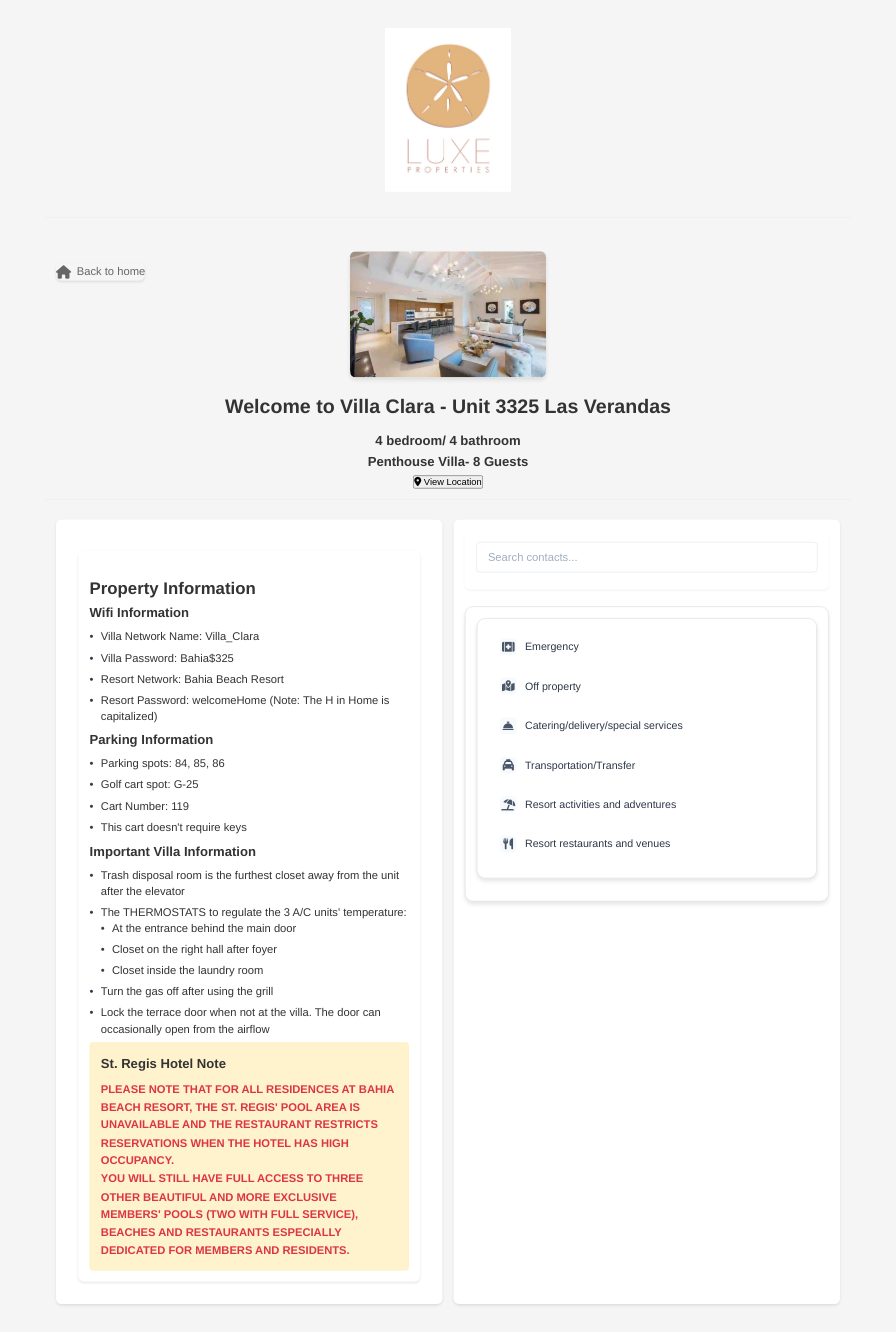
Repository: chvg1968/luxephonebook
Page: public/pages/villaclara.html
The author's editor kept a copy of each file at every save. The page is drawn from the files as they stood at one save, then again after the next save.
The browser window is 1280 px wide. The pictures show the whole page, at 70% of full size.

Above is the page before, as saved 2025-01-25 22:56:43.
Console error: TypeError: this.updateResults is not a function

### public/pages/villaclara.html
<!DOCTYPE html>
<html lang="en">
<head>
    <meta charset="UTF-8">
    <meta name="viewport" content="width=device-width, initial-scale=1.0">
    <title>Luxe Properties - Villa Clara</title>
    <link rel="stylesheet" href="/public/assets/styles/main.css">
    <link rel="stylesheet" href="/public/assets/styles/components/accordion.css">
    <link rel="stylesheet" href="/public/assets/styles/components/category-tree.css">
    <link rel="stylesheet" href="/public/assets/styles/components/card.css">
    <link rel="stylesheet" href="/public/assets/styles/components/modal.css">
    <link rel="stylesheet" href="/public/assets/styles/components/search.css">
    <link rel="stylesheet" href="https://cdnjs.cloudflare.com/ajax/libs/font-awesome/6.0.0/css/all.min.css">
</head>
<body>
    <div class="container">
        <header class="main-header">
            <div class="logo-container">
                <img src="/public/assets/images/logo.png" alt="Luxe Properties Logo" class="logo">
            </div>
        </header>

        <main>
            <div class="property-welcome">
                <img src="/public/assets/images/properties/villaclara/Villa Clara.jpg" alt="Villa Clara" class="property-image">
                <h1 id="propertyTitle">Welcome to Villa Clara - Unit 3325 Las Verandas</h1>
                <h3>4 bedroom/ 4 bathroom </h3>
                <h3>Penthouse Villa- 8 Guests</h3>
                <div class="property-actions">
                    <a href="/index.html" class="back-to-home">
                        <i class="fas fa-home"></i>
                        <span>Back to home</span>
                    </a>
                    <button class="view-map-btn" onclick="openMapModal()">
                        <i class="fas fa-map-marker-alt"></i>
                        <span>View Location</span>
                    </button>
                </div>
            </div>

            <!-- Modal para el mapa -->
            <div id="mapModal" class="modal">
                <div class="modal-content">
                    <span class="close" onclick="closeMapModal()">&times;</span>
                    <h2>Villa Clara Location</h2>
                    <div class="map-container">
                        <div class="map-wrapper">
                            <img src="/public/assets/images/map.jpg"
                                 alt="Villa Clara Location Map"
                                 class="map-image"
                                 id="mapImage">
                        </div>
                        <div class="map-controls">
                            <button title="Zoom in" onclick="zoomMap(1.2)" class="zoom-btn">
                                <i class="fas fa-search-plus"></i>
                            </button>
                            <button title="Zoom out" onclick="zoomMap(0.8)" class="zoom-btn">
                                <i class="fas fa-search-minus"></i>
                            </button>
                            <button title="Reset zoom" onclick="resetMap()" class="zoom-btn">
                                <i class="fas fa-undo"></i>
                            </button>
                        </div>
                    </div>
                </div>
            </div>

            <div class="two-column-layout">
                <!-- Columna de información de la propiedad -->
                <div class="property-column">
                    <div class="property-hero">
                        <div class="property-info">
                            <div class="info-section">
                                <h2>Property Information</h2>
                                <div class="info-group">
                                    <h3>Wifi Information</h3>
                                    <ul class="info-list">
                                        <li>Villa Network Name: Villa_Clara</li>
                                        <li>Villa Password: Bahia$325</li>
                                        <li>Resort Network: Bahia Beach Resort</li>
                                        <li>Resort Password: welcomeHome (Note: The H in Home is capitalized)</li>
                                    </ul>
                                </div>

                                <div class="info-group">
                                    <h3>Parking Information</h3>
                                    <ul class="info-list">
                                        <li>Parking spots: 84, 85, 86</li>
                                        <li>Golf cart spot: G-25</li>
                                        <li>Cart Number: 119</li>
                                        <li>This cart doesn't require keys</li>
                                    </ul>
                                </div>

                                <div class="info-group">
                                    <h3>Important Villa Information</h3>
                                    <ul class="info-list">
                                        <li>Trash disposal room is the furthest closet away from the unit after the elevator</li>
                                        <li>The THERMOSTATS to regulate the 3 A/C units' temperature:
                                            <ul>
                                                <li>At the entrance behind the main door</li>
                                                <li>Closet on the right hall after foyer</li>
                                                <li>Closet inside the laundry room</li>
                                            </ul>
                                        </li>
                                        <li>Turn the gas off after using the grill</li>
                                        <li>Lock the terrace door when not at the villa. The door can occasionally open from the airflow</li>
                                    </ul>
                                </div>

                                <div class="info-group warning">
                                    <h3>St. Regis Hotel Note</h3>
                                    <p>PLEASE NOTE THAT FOR ALL RESIDENCES AT BAHIA BEACH RESORT, THE ST. REGIS' POOL AREA IS UNAVAILABLE AND THE RESTAURANT RESTRICTS RESERVATIONS WHEN THE HOTEL HAS HIGH OCCUPANCY.</p>
                                    <p>YOU WILL STILL HAVE FULL ACCESS TO THREE OTHER BEAUTIFUL AND MORE EXCLUSIVE MEMBERS' POOLS (TWO WITH FULL SERVICE), BEACHES AND RESTAURANTS ESPECIALLY DEDICATED FOR MEMBERS AND RESIDENTS.</p>
                                </div>
                            </div>
                        </div>
                    </div>
                </div>

                <!-- Columna de búsqueda y categorías -->
                <div class="search-column">
                    <div class="search-container">
                        <input type="text" id="searchInput" class="search-input" placeholder="Search contacts...">
                        <div id="stats" class="search-stats"></div>
                    </div>

                    <!-- Árbol de categorías -->
                    <div id="categoryTree" class="category-tree"></div>

                    <div id="resultsContainer" class="results"></div>
                </div>
            </div>
        </main>
    </div>

    <script type="module" src="/public/js/property.js"></script>
</body>
</html>

### public/assets/styles/components/modal.css
.modal {
    display: none;
    position: fixed;
    z-index: 1000;
    left: 0;
    top: 0;
    width: 100%;
    height: 100%;
    background-color: rgba(0,0,0,0.5);
    /* Centrado con flexbox */
    justify-content: center;
    align-items: center;
}

.modal-content {
    background-color: #fefefe;
    padding: 2rem;
    border: 1px solid #888;
    width: 90%;
    max-width: 600px;
    border-radius: 8px;
    max-height: 80vh;
    overflow-y: auto;
    /* Quitar margin y usar flexbox del padre */
    margin: 0;
    position: relative;
    /* Sombra suave */
    box-shadow: 0 4px 6px rgba(0, 0, 0, 0.1);
}

.close {
    position: absolute;
    right: 1rem;
    top: 1rem;
    color: #aaa;
    font-size: 28px;
    font-weight: bold;
    cursor: pointer;
    line-height: 1;
}

.close:hover {
    color: #000;
}

.info-section {
    margin: 20px 0;
}

.warning {
    background-color: #fff3cd;
    border: 1px solid #ffeeba;
    padding: 15px;
    border-radius: 4px;
}

.warning-text {
    color: #856404;
    font-weight: bold;
    margin-top: 10px;
}

/* Asegurar que la modal se muestre correctamente */
.modal.show {
    display: flex;
}

### public/assets/styles/components/search.css
/* Search Section Styles */
.search-section {
    background-color: var(--secondary-color);
    padding: var(--spacing-lg);
    border-radius: var(--border-radius);
    margin-bottom: var(--spacing-lg);
    box-shadow: var(--card-shadow);
}

.search-box {
    display: flex;
    gap: var(--spacing-md);
    margin-bottom: var(--spacing-md);
}

.search-input {
    flex: 1;
    padding: 1rem 1.5rem;
    border: 2px solid #e2e8f0;
    border-radius: var(--border-radius);
    font-size: 1rem;
    transition: border-color 0.3s ease;
}

.search-input:focus {
    outline: none;
    border-color: var(--primary-color);
    box-shadow: 0 0 0 3px rgba(26, 95, 122, 0.1);
}

.search-input::placeholder {
    color: #94a3b8;
}

.category-select {
    min-width: 200px;
    padding: 1rem 1.5rem;
    border: 2px solid #e2e8f0;
    border-radius: var(--border-radius);
    font-size: 1rem;
    background-color: white;
    cursor: pointer;
    appearance: none;
    background-image: url("data:[embedded picture, 228 characters]");
    background-repeat: no-repeat;
    background-position: right 1rem center;
    background-size: 1.5em;
    padding-right: 2.5rem;
}

.category-select:focus {
    outline: none;
    border-color: var(--primary-color);
    box-shadow: 0 0 0 3px rgba(26, 95, 122, 0.1);
}

.stats {
    color: #64748b;
    font-size: 0.875rem;
    text-align: right;
    margin-top: 0.5rem;
}

.search-container {
    margin-bottom: 1.5rem;
    padding: 1rem;
    background: #fff;
    border-radius: 8px;
    box-shadow: 0 2px 4px rgba(0, 0, 0, 0.05);
}

.search-input {
    width: 100%;
    padding: 0.75rem 1rem;
    font-size: 1rem;
    border: 1px solid #e2e8f0;
    border-radius: 6px;
    background-color: #fff;
    transition: all 0.2s ease;
}

.search-input:focus {
    outline: none;
    border-color: #4299e1;
    box-shadow: 0 0 0 3px rgba(66, 153, 225, 0.15);
}

.search-input::placeholder {
    color: #a0aec0;
}

.search-stats {
    margin-top: 0.5rem;
    font-size: 0.875rem;
    color: #718096;
}

/* Responsive Design */
@media (max-width: 768px) {
    .search-box {
        flex-direction: column;
    }

    .search-input,
    .category-select {
        width: 100%;
    }
}

### public/js/components/CategoryTree.js
export class CategoryTree {
    constructor(containerId) {
        this.container = document.getElementById(containerId);
        this.selectedCategory = null;
        this.activeSection = null;
        this.selectCallback = null;

        // Mapeo de iconos para cada categoría y sección
        this.icons = {
            // Secciones principales
            "Emergency": "fa-kit-medical",
            "Resort restaurants and venues": "fa-utensils",
            "Resort activities and adventures": "fa-umbrella-beach",
            "Transportation/Transfer": "fa-taxi",
            "Catering/delivery/special services": "fa-concierge-bell",
            "Off property": "fa-map-location-dot",

            // Categorías
            "Hotel": "fa-hotel",
            "Spa": "fa-spa",
            "Wellness center": "fa-heart-pulse",
            "Bar": "fa-martini-glass",
            "Resort Restaurant": "fa-utensils",
            "Off Property Restaurant": "fa-store",
            "Scuba Diving Tours": "fa-water",
            "Aqua Tours": "fa-ship",
            "Tours": "fa-map-marked-alt",
            "Activities Reservations": "fa-calendar-check",
            "Tennis Reservations": "fa-table-tennis",
            "Wellness Center": "fa-heart-pulse",
            "Concierge": "fa-bell-concierge",
            "Concierge Services": "fa-bell-concierge",
            "Transportation": "fa-taxi",
            "Nanny Services": "fa-baby",
            "Professional Photography": "fa-camera",
            "Personal Care and Fitness": "fa-hand-sparkles",
            "Kid's Club": "fa-children",
            "Personal Chefs": "fa-hat-chef",
            "Pre-Made Meals and Catering": "fa-plate-wheat",
            "Delivery Services and Personal Grocery Shopping": "fa-shopping-cart",
            "Butler Services": "fa-user-tie",
            "Shopping": "fa-shopping-bag",
            "Golf Cart": "fa-car"
        };
    }

    onSelect(callback) {
        this.selectCallback = callback;
    }

    clearSelection() {
        const selected = this.container.querySelectorAll('.selected');
        selected.forEach(el => el.classList.remove('selected'));
        this.selectedCategory = null;
        this.activeSection = null;
    }

    getIcon(category) {
        return this.icons[category] || 'fa-circle';
    }

    render() {
        const tree = document.createElement('div');
        tree.className = 'category-tree';

        // Estructura completa del árbol
        const sections = {
            "Emergency": {
                isSpecial: true,
                categories: []
            },
            "Off property": {
                isSpecial: false,
                categories: [
                    "Restaurant",
                    "Shopping"
                ]
            },
            "Catering/delivery/special services": {
                isSpecial: false,
                categories: [
                    "Nanny Services",
                    "Professional Photography",
                    "Personal Care and Fitness",
                    "Kid's Club",
                    "Personal Chefs and Catering",
                    "Butler Services",
                    "Concierge Services",
                    "Delivery Services"
                ]
            },
            "Transportation/Transfer": {
                isSpecial: false,
                categories: ["Transportation"]
            },
            "Resort activities and adventures": {
                isSpecial: false,
                categories: [
                    "Golf Cart",
                    "Scuba Diving Tours",
                    "Aqua Tours",
                    "Tours",
                    "Activities Reservations",
                    "Tennis Reservations",
                    "Wellness Center",
                    "Concierge"
                ]
            },
            "Resort restaurants and venues": {
                isSpecial: false,
                categories: [
                    "Restaurant",
                    "Bar",
                    "Hotel",
                    "Spa",
                    "Wellness Center"
                ]
            }
        };

        // Renderizar el árbol
        Object.entries(sections).forEach(([section, config]) => {
            const sectionEl = document.createElement('div');
            sectionEl.className = 'category-section';
            sectionEl.dataset.special = config.isSpecial;

            // Crear encabezado de sección
            const header = document.createElement('div');
            header.className = 'category-header';
            header.dataset.isSpecial = config.isSpecial;

            // Agregar icono de la sección
            const sectionIcon = document.createElement('i');
            sectionIcon.className = `fas ${this.getIcon(section)}`;
            header.appendChild(sectionIcon);

            const title = document.createElement('span');
            title.textContent = section;
            header.appendChild(title);

            sectionEl.appendChild(header);

            // Crear lista de categorías
            if (config.categories.length > 0) {
                const list = document.createElement('div');
                list.className = 'category-list collapsed';

                config.categories.forEach(category => {
                    const item = document.createElement('div');
                    item.className = 'category-item';

                    const icon = document.createElement('i');
                    icon.className = `fas ${this.getIcon(category)}`;
                    item.appendChild(icon);

                    const text = document.createElement('span');
                    text.textContent = category;
                    item.appendChild(text);

                    list.appendChild(item);
                });

                sectionEl.appendChild(list);
            }

            tree.appendChild(sectionEl);
        });

        this.container.appendChild(tree);
        this.setupEventListeners();
    }

    setupEventListeners() {
        // Event listeners para los encabezados
        const headers = this.container.querySelectorAll('.category-header');
        headers.forEach(header => {
            const section = header.parentElement;
            const isSpecial = header.dataset.isSpecial === 'true';

            header.addEventListener('click', () => {
                if (isSpecial) {
                    // Para Emergency
                    const sectionName = header.querySelector('span').textContent;

                    this.clearSelection();
                    header.classList.add('selected');

                    if (this.selectCallback) {
                        this.selectCallback({
                            category: sectionName,
                            section: sectionName
                        });
                    }
                    this.scrollToResults();
                } else {
                    // Para las demás secciones, toggle de la lista
                    // Cerrar otras secciones expandidas
                    const otherExpandedSections = this.container.querySelectorAll('.category-section.expanded');
                    otherExpandedSections.forEach(otherSection => {
                        if (otherSection !== section) {
                            otherSection.classList.remove('expanded');
                            otherSection.querySelector('.category-header').classList.remove('expanded');
                        }
                    });

                    section.classList.toggle('expanded');
                    header.classList.toggle('expanded');
                }
            });
        });

        // Event listeners para los items de categoría
        const items = this.container.querySelectorAll('.category-item');
        items.forEach(item => {
            item.addEventListener('click', () => {
                const categoryName = item.querySelector('span').textContent;
                const section = item.closest('.category-section');
                const sectionName = section.querySelector('.category-header span').textContent;

                this.clearSelection();
                item.classList.add('selected');

                if (this.selectCallback) {
                    this.selectCallback({
                        category: categoryName,
                        section: sectionName
                    });
                }
                this.scrollToResults();
            });
        });
    }

    scrollToResults() {
        const resultsContainer = document.getElementById('resultsContainer');
        if (resultsContainer) {
            resultsContainer.scrollIntoView({ behavior: 'smooth', block: 'start' });
        }
    }

    collapseAll() {
        if (this.container) {
            // Ocultar el árbol
            this.container.style.display = 'none';
        }
    }

    expandAll() {
        if (this.container) {
            // Mostrar el árbol
            this.container.style.display = 'block';
        }
    }
}

Loaded but not shown: public/js/data/contacts.js (1101 lines, source omitted); public/js/components/Card.js (213 lines, source omitted); public/js/property.js (191 lines, source omitted); public/js/utils/filters.js (82 lines, source omitted); public/js/components/ScrollToTop.js (92 lines, source omitted); public/js/components/Modal.js (69 lines, source omitted); public/js/components/SearchBar.js (56 lines, source omitted); public/assets/styles/main.css (410 lines, source omitted); public/assets/styles/components/category-tree.css (184 lines, source omitted); public/assets/styles/components/accordion.css (219 lines, source omitted); public/assets/styles/components/card.css (188 lines, source omitted)

After the next save:
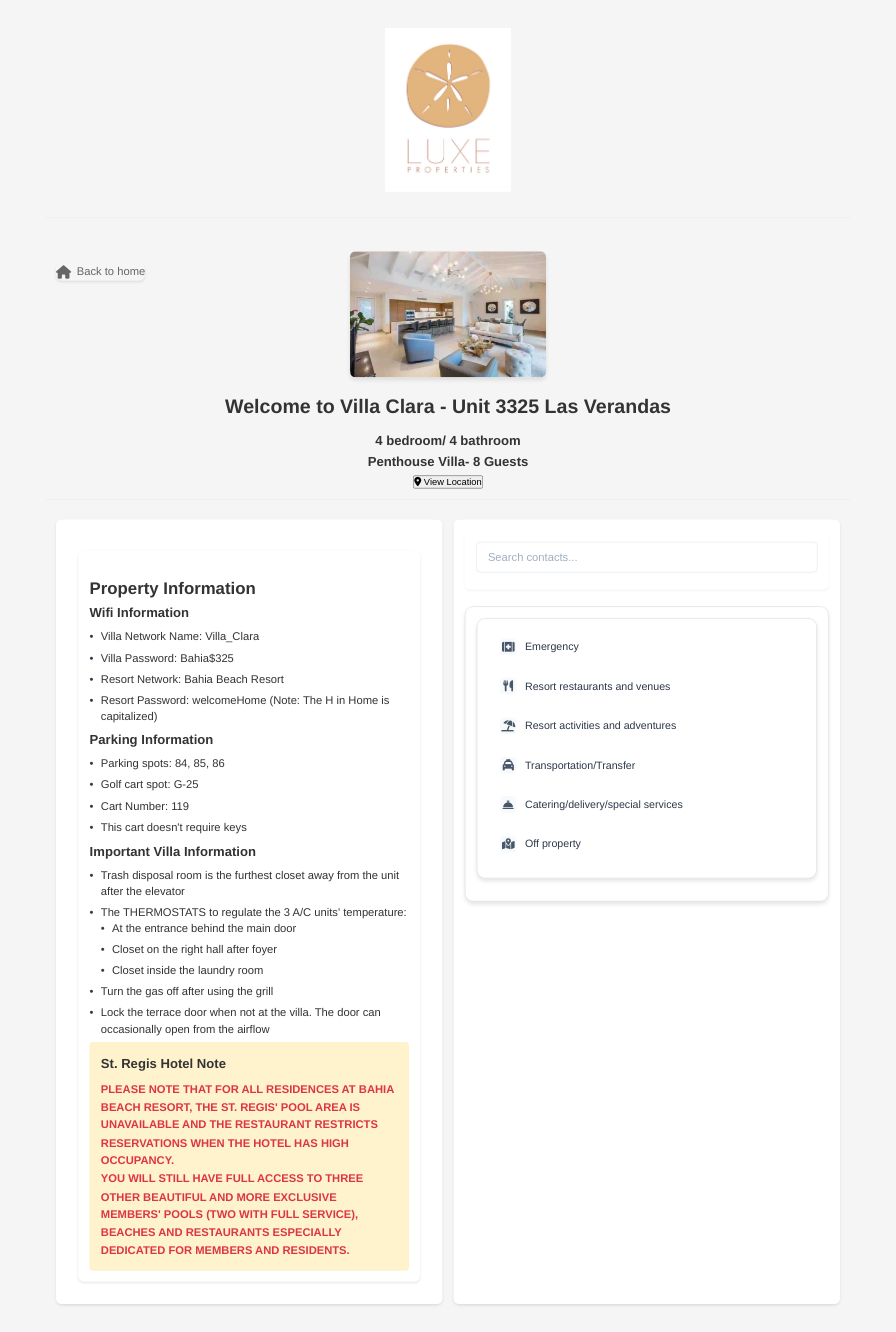
Saved 2 min 36 s later.
--- a/public/js/components/CategoryTree.js
+++ b/public/js/components/CategoryTree.js
@@ -69,12 +69,31 @@
                 isSpecial: true,
                 categories: []
             },
-            "Off property": {
+            "Resort restaurants and venues": {
                 isSpecial: false,
                 categories: [
                     "Restaurant",
-                    "Shopping"
-                ]
+                    "Bar",
+                    "Hotel",
+                    "Spa",
+                    "Wellness Center"
+                ]
+            },
+            "Resort activities and adventures": {
+                isSpecial: false,
+                categories: [
+                    "Golf Cart",
+                    "Scuba Diving Tours",
+                    "Aqua Tours",
+                    "Tours",
+                    "Activities Reservations",
+                    "Tennis Reservations",
+                    "Wellness Center",
+                    "Concierge"
+                ]
+            },"Transportation/Transfer": {
+                isSpecial: false,
+                categories: ["Transportation"]
             },
             "Catering/delivery/special services": {
                 isSpecial: false,
@@ -89,33 +108,13 @@
                     "Delivery Services"
                 ]
             },
-            "Transportation/Transfer": {
-                isSpecial: false,
-                categories: ["Transportation"]
-            },
-            "Resort activities and adventures": {
-                isSpecial: false,
-                categories: [
-                    "Golf Cart",
-                    "Scuba Diving Tours",
-                    "Aqua Tours",
-                    "Tours",
-                    "Activities Reservations",
-                    "Tennis Reservations",
-                    "Wellness Center",
-                    "Concierge"
-                ]
-            },
-            "Resort restaurants and venues": {
+            "Off property": {
                 isSpecial: false,
                 categories: [
                     "Restaurant",
-                    "Bar",
-                    "Hotel",
-                    "Spa",
-                    "Wellness Center"
-                ]
-            }
+                    "Shopping"
+                ]
+            },
         };
 
         // Renderizar el árbol
